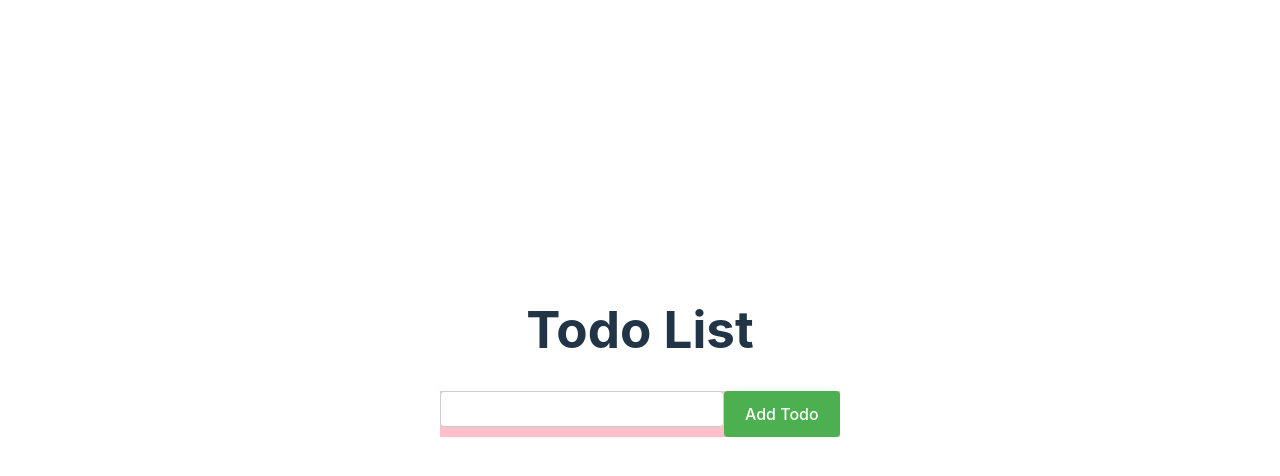
Repository: sinchana-p-iVoyant/mobx-todo
Page: /
These files come from the project's save history. The page is drawn as it stood at one moment and after the next save; the edit follows.
The browser window is 1280 px wide. The pictures show the whole page.
The project was rebuilt for these pictures with package versions that can differ from the ones it lists, and the page was loaded fresh each time. Also part of the build but not shown: vite.config.js.

Above is the page before, as saved 2024-03-07 02:22:45.

After the next save:
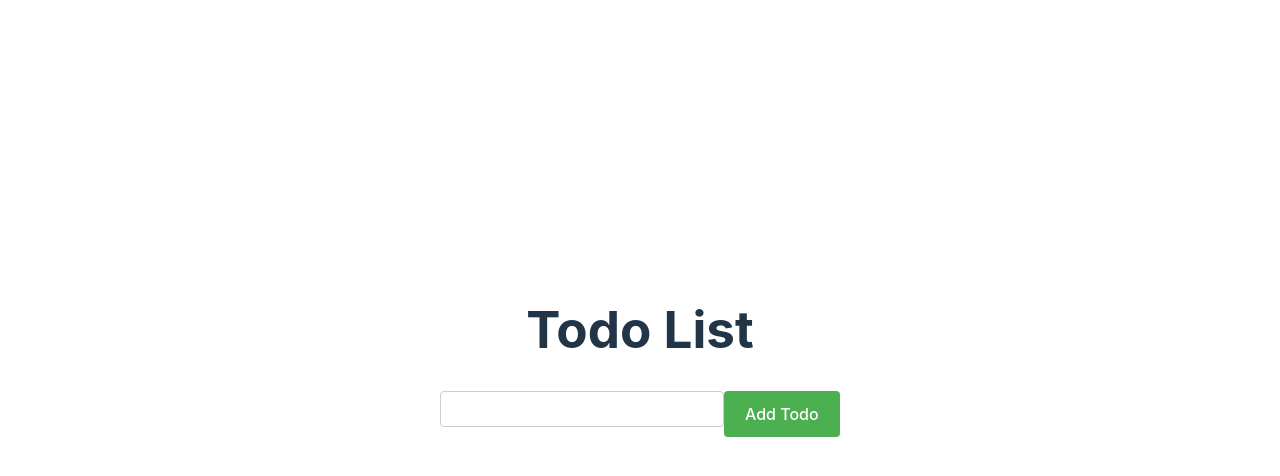
Saved 11 s later.
--- a/src/TodoList.css
+++ b/src/TodoList.css
@@ -3,7 +3,6 @@
 .todo-list-container {
     width: 400px;
     margin: 0 auto;
-    background-color: pink;
   }
 
   .input-container {
